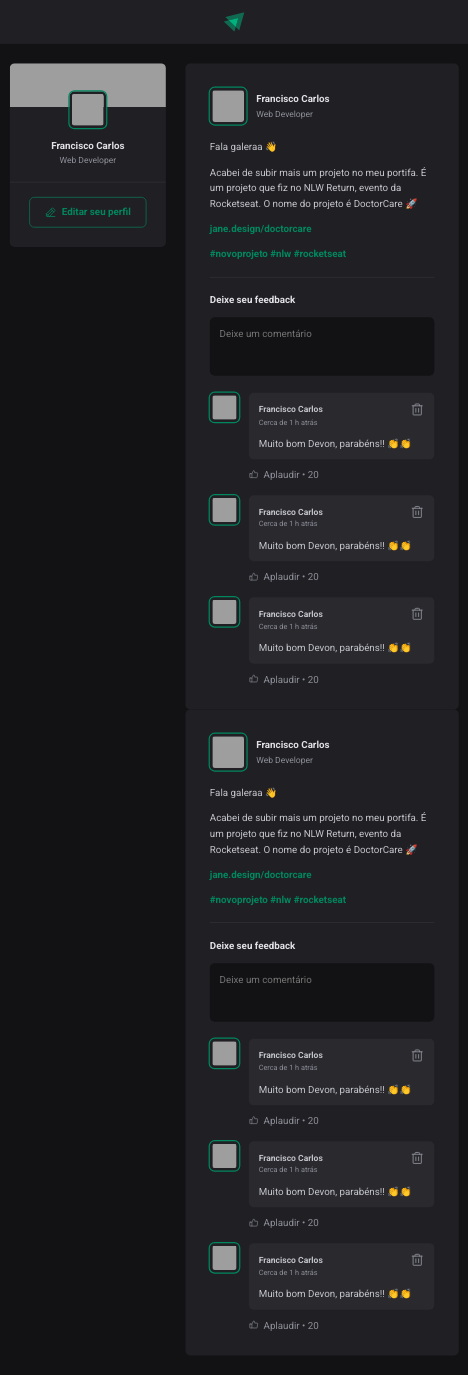
Repository: ch1coon/AulasRocketseat
Page: / (app in Ignite/aulas/01-fundamentos-reactjs/)
An editor plug-in stored every save of this project. The page is shown before and after the next save, followed by the edit.
The browser window is 768 px wide. The pictures show the whole page, at 61% of full size.
Pictures or frames that could not be fetched are drawn as grey boxes. The project was rebuilt for these pictures with package versions that can differ from the ones it lists, and the page was loaded fresh each time. Also part of the build but not shown: Ignite/aulas/01-fundamentos-reactjs/vite.config.js.

Above is the page before, as saved 2023-08-12 09:50:05.

### Ignite/aulas/01-fundamentos-reactjs/index.html
<!DOCTYPE html>
<html lang="en">
  <head>
    <meta charset="UTF-8" />
    <link rel="preconnect" href="https://fonts.googleapis.com" />
    <link rel="preconnect" href="https://fonts.gstatic.com" crossorigin />

    <link rel="icon" type="image/svg+xml" href="/vite.svg" />
    <meta name="viewport" content="width=device-width, initial-scale=1.0" />

    <link
      href="https://fonts.googleapis.com/css2?family=Roboto:wght@400;700&display=swap"
      rel="stylesheet"
    />
    <title>Vite + React</title>
  </head>
  <body>
    <div id="root"></div>
    <script type="module" src="/src/main.jsx"></script>
  </body>
</html>

### Ignite/aulas/01-fundamentos-reactjs/src/App.jsx
import { Post } from "./components/Post";
import { Header } from "./components/Header";
import { Sidebar } from "./components/Sidebar";

import styles from "./App.module.css";

import "./global.css";

export function App() {
  return (
    <div>
      <Header />

      <div className={styles.wrapper}>
        <Sidebar/>
        <main>
          <Post
            author="Diego Fernandes"
            content="Lorem ipsum dolor sit amet consectetur adipisicing elit. Rerum dolorem fuga odio voluptas voluptate rem dolores earum culpa, voluptatibus id nisi, qui, quae tempore quas facilis numquam blanditiis modi autem."
          />
          <Post
            author="Gabriel Guzzi"
            content="Lorem ipsum dolor sit amet consectetur adipisicing elit. Rerum dolorem fuga odio voluptas voluptate rem dolores earum culpa, voluptatibus id nisi, qui, quae tempore quas facilis numquam blanditiis modi autem."
          />
        </main>
      </div>
    </div>
  );
}

### Ignite/aulas/01-fundamentos-reactjs/src/components/Post.jsx
import { Avatar } from "./Avatar";
import { Comment } from "./Comment";
import styles from "./Post.module.css";

export function Post() {
  return (
    <article className={styles.post}>
      <header>
        <div className={styles.author}>
          <Avatar src="https://github.com/ch1coon.png" />
          <div className={styles.authorInfo}>
            <strong>Francisco Carlos</strong>
            <span>Web Developer</span>
          </div>
        </div>

        <time title="11 de Maio às 08:51" dateTime="2023-07-26 08:49:38"></time>
      </header>

      <div className={styles.content}>
        <p>Fala galeraa 👋</p>

        <p>
          Acabei de subir mais um projeto no meu portifa. É um projeto que fiz
          no NLW Return, evento da Rocketseat. O nome do projeto é DoctorCare 🚀
        </p>

        <p>
          <a href="">jane.design/doctorcare</a>
        </p>

        <p>
          <a href="">#novoprojeto</a> <a href="">#nlw</a>{" "}
          <a href="">#rocketseat</a>{" "}
        </p>
      </div>

      <form className={styles.commentForm}>
        <strong>Deixe seu feedback</strong>
        <textarea placeholder="Deixe um comentário" />

        <footer>
          <button type="submit">Publicar</button>
        </footer>
      </form>

      <div className={styles.commentList}>
        <Comment />
        <Comment />
        <Comment />
      </div>
    </article>
  );
}

### Ignite/aulas/01-fundamentos-reactjs/src/components/Header.jsx
import styles from "./Header.module.css";

import igniteLogo from '../assets/Ignite-logo.svg';

export function Header() {
  return (
    <header className={styles.header}>
      <img src={igniteLogo} alt="Logotipo do Ignite" />
    </header>
  );
}

### Ignite/aulas/01-fundamentos-reactjs/src/components/Sidebar.jsx
import { PencilLine } from "phosphor-react";

import styles from "./Sidebar.module.css";
import { Avatar } from "./Avatar";

export function Sidebar() {
  return (
    <aside className={styles.sidebar}>
      <img
        className={styles.cover}
        src="https://images.unsplash.com/photo-1571757767119-68b8dbed8c97?ixlib=rb-4.0.3&ixid=M3wxMjA3fDB8MHxwaG90by1wYWdlfHx8fGVufDB8fHx8fA%3D%3D&auto=format&fit=crop&w=500&q=50"
      />
      <div className={styles.profile}>
        <Avatar src="https://github.com/ch1coon.png" />
        <strong> Francisco Carlos</strong>
        <span>Web Developer</span>
      </div>

      <footer>
        <a href="#">
          <PencilLine size={20} />
          Editar seu perfil
        </a>
      </footer>
    </aside>
  );
}

### Ignite/aulas/01-fundamentos-reactjs/src/App.module.css
.wrapper {
    max-width: 70rem;
    margin: 2rem auto;
    padding: 0 1rem;

    display: grid;
    grid-template-columns: 256px 1fr;
    gap: 2rem;
    align-items: flex-start;

}

@media (max-width: 768px) {
    .wrapper {
        grid-template-columns: : 1fr;
    }
}

### Ignite/aulas/01-fundamentos-reactjs/src/global.css
:root {
  --white: #fff;
  --gray-100: #e1e1e6;
  --gray-300: #c4c4cc;
  --gray-400: #8d8d99;
  --gray-600: #323238;
  --gray-700: #29292e;
  --gray-800: #202024;
  --gray-900: #121214;

  --green-300: #00837e;
  --green-500: #00875f;

  --red-500: #f75a68;
}

:focus {
  outline: transparent;
  box-shadow: 0 0 0 2px var(--green-500);
}

* {
  margin: 0;
  padding: 0;
  box-sizing: border-box;
}

body {
  background: var(--gray-900);
  color: var(--gray-300);
  -webkit-font-smoothing: antialiased;
}

body,
input,
textarea,
button {
  font-family: "Roboto", sans-serif;
  font-weight: 400;
  font-size: 1rem;
}

### Ignite/aulas/01-fundamentos-reactjs/src/components/Avatar.jsx
import styles from "./Avatar.module.css";

export function Avatar(hasBorder = true, src) {
  return (
    <img
      className={hasBorder ? styles.avatarWithBorder : styles.avatar}
      src={src}
    />
  );
}

### Ignite/aulas/01-fundamentos-reactjs/src/components/Comment.jsx
import { Avatar } from "./Avatar";
import styles from "./Comment.module.css";
import { ThumbsUp, Trash } from "phosphor-react";

export function Comment() {
  return (
    <div className={styles.comment}>
      <Avatar hasBorder={false} src="https://github.com/ch1coon.png" />

      <div className={styles.commentBox}>
        <div className={styles.commentContent}>
          <header>
            <div className={styles.authorAndTime}>
              <strong>Francisco Carlos</strong>
              <time title="11 de Maio às 08:51" dateTime="2023-07-26 08:49:38">
                Cerca de 1 h atrás
              </time>
            </div>
            <button title="Deletar comentário">
              <Trash size={24} />
            </button>
          </header>

          <p>Muito bom Devon, parabéns!! 👏👏</p>
        </div>
        <footer>
          <button>
            <ThumbsUp />
            Aplaudir <span>20</span>
          </button>
        </footer>
      </div>
    </div>
  );
}

### Ignite/aulas/01-fundamentos-reactjs/src/components/Post.module.css
.post {
  background: var(--gray-800);
  border-radius: 8px;
  padding: 2.5rem;
}

.post + post {
  margin-top: 2rem;
}

.content {
  line-height: 1.6;
  color: var(--gray-300);
  margin-top: 1.5rem;
}

.content p {
  margin-top: 1rem;
}

.content a {
  font-weight: bold;
  color: var(--green-500);
  text-decoration: none;
}

.content a:hover {
  color: var(--green-300);
}

.post > header {
  display: flex;
  align-items: center;
  justify-content: space-between;
}

.post > header time {
  font-size: 0.875rem;
  color: var(--gray-400);
}

.author {
  display: flex;
  align-items: center;
  gap: 1rem;
}

.authorInfo strong {
  display: block;
  color: var(--gray-100);
  line-height: 1.6;
}

.authorInfo span {
  display: block;
  font-size: 0.875rem;
  color: var(--gray-400);
  line-height: 1.6;
}

.commentForm {
  width: 100%;
  margin-top: 1.5rem;
  padding-top: 1.5rem;
  border-top: 1px solid var(--gray-600);
}

.commentForm > strong {
  line-height: 1.6;
  color: var(--gray-100);
}

.commentForm textarea {
  width: 100%;
  background: var(--gray-900);
  border: 0;
  resize: none;
  height: 6rem;
  padding: 1rem;
  border-radius: 8px;
  color: var(--gray-100);
  line-height: 1.4;
  margin-top: 1rem;
}

.commentForm footer {
  visibility: hidden;
  max-height: 0;
}

.commentForm:focus-within footer {
  visibility: visible;
  max-height: none;
}

.commentForm button[type="submit"] {
  padding: 1rem 1.5rem;
  margin-top: 1rem;
  border-radius: 8px;
  border: 0;
  background: var(--green-500);
  color: var(--white);
  font-weight: bold;
  cursor: pointer;
  transition: background-color 0.1s;
}

.commentForm button[type="submit"]:hover {
  background: var(--green-300);
}

### Ignite/aulas/01-fundamentos-reactjs/src/components/Header.module.css
.header {
  background: var(--gray-800);
  display: flex;
  justify-content: center;
  padding: 1.25rem 0 ;
}

.header img {
    height: 2rem;
}

### Ignite/aulas/01-fundamentos-reactjs/src/components/Sidebar.module.css
.sidebar {
  background: var(--gray-800);
  border-radius: 8px;
  overflow: hidden;
}

.cover {
  width: 100%;
  height: 72px;
  object-fit: cover;
}

.profile {
  display: flex;
  flex-direction: column;
  align-items: center;

  margin-top: calc(0px - 1.5rem - 6px);
}

.profile strong {
  margin-top: 1rem;
  color: var(--gray-100);
  line-height: 1.6;
}

.profile span {
  font-size: 0.875rem;
  color: var(--gray-400);
  line-height: 1.6;
}

.sidebar footer {
  border-top: 1px solid var(--gray-600);
  margin-top: 1.5rem;
  padding: 1.5rem 2rem 2rem;
}

.sidebar footer a {
  background: transparent;
  color: var(--green-500);
  border: 1px solid var(--green-500);
  border-radius: 8px;
  height: 50px;
  padding: 0 1.5rem;
  font-weight: bold;
  display: block;
  text-decoration: none;
  display: flex;
  align-items: center;
  justify-content: center;

  gap: 0.5rem;

  transition: color 0.1s, background-color 0.1s;
}

.sidebar footer a:hover {
  background: var(--green-500);
  color: var(--white);
}

### Ignite/aulas/01-fundamentos-reactjs/src/components/Comment.module.css
.comment {
  margin-top: 1.5rem;
  display: flex;
  gap: 1rem;
}

.comment > img {
  width: 3rem;
  height: 3rem;
  border-radius: 8px;
}

.commentBox {
  flex: 1;
}

.commentContent {
  background: var(--gray-700);
  border-radius: 8px;
  padding: 1rem;
}

.commentContent header {
  display: flex;
  align-items: flex-start;
  justify-content: space-between;
}

.authorAndTime strong {
  display: block;
  font-size: 0.875rem;
  line-height: 1.6;
}

.authorAndTime time {
  display: block;
  font-size: 0.75rem;
  line-height: 1.6;
  color: var(--gray-400);
}

.commentContent header button {
  background: transparent;
  border: 0;
  color: var(--gray-400);
  cursor: pointer;
  line-height: 0;
  border-radius: 2px;
}

.commentContent header button:hover {
  color: var(--red-500);
}

.commentContent p {
  margin-top: 1rem;
  color: var(--gray-300);
}

.commentBox footer {
  margin-top: 1rem;
}

.commentBox footer button {
  background: transparent;
  border: 0;
  color: var(--gray-400);
  cursor: pointer;
  display: flex;
  align-items: center;
  border-radius: 2px;
}

.commentBox footer button:hover {
  color: var(--green-300);
}

.commentBox footer button svg {
  margin-right: 0.5rem;
}

.commentBox footer button span::before {
  content: "\2022";
  padding: 0 0.25rem;
}

Loaded but not shown: Ignite/aulas/01-fundamentos-reactjs/src/main.jsx (common file); Ignite/aulas/01-fundamentos-reactjs/src/components/Avatar.module.css (common file)

After the next save:
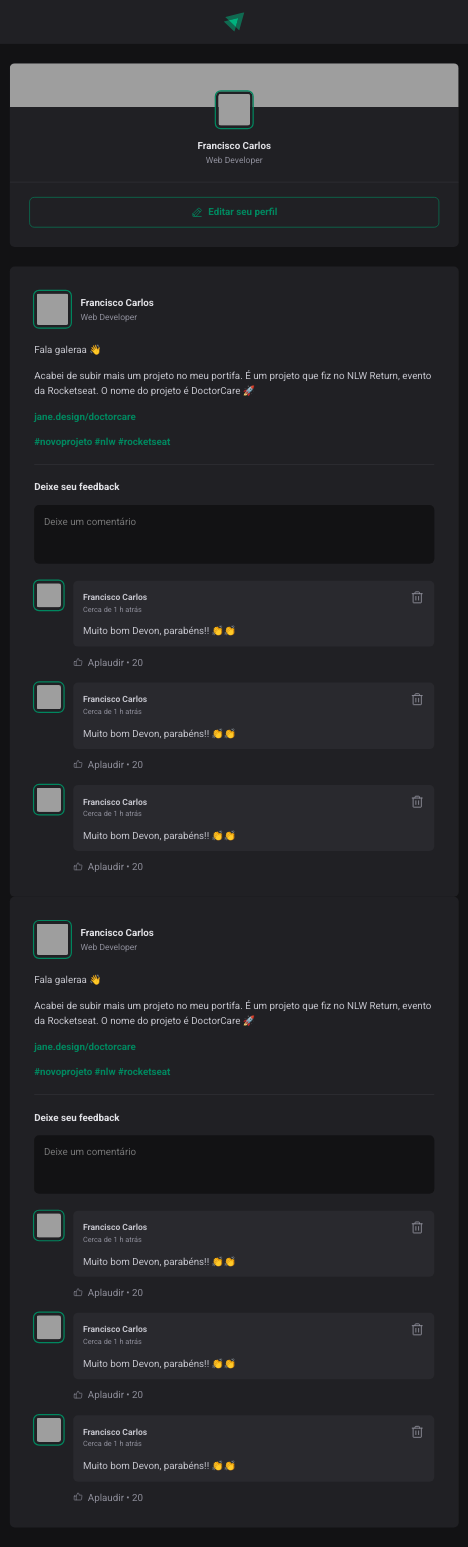
Saved 15 s later.
--- a/Ignite/aulas/01-fundamentos-reactjs/src/App.module.css
+++ b/Ignite/aulas/01-fundamentos-reactjs/src/App.module.css
@@ -1,17 +1,16 @@
 .wrapper {
-    max-width: 70rem;
-    margin: 2rem auto;
-    padding: 0 1rem;
+  max-width: 70rem;
+  margin: 2rem auto;
+  padding: 0 1rem;
 
-    display: grid;
-    grid-template-columns: 256px 1fr;
-    gap: 2rem;
-    align-items: flex-start;
-
+  display: grid;
+  grid-template-columns: 256px 1fr;
+  gap: 2rem;
+  align-items: flex-start;
 }
 
 @media (max-width: 768px) {
-    .wrapper {
-        grid-template-columns: : 1fr;
-    }
+  .wrapper {
+    grid-template-columns: 1fr;
+  }
 }
